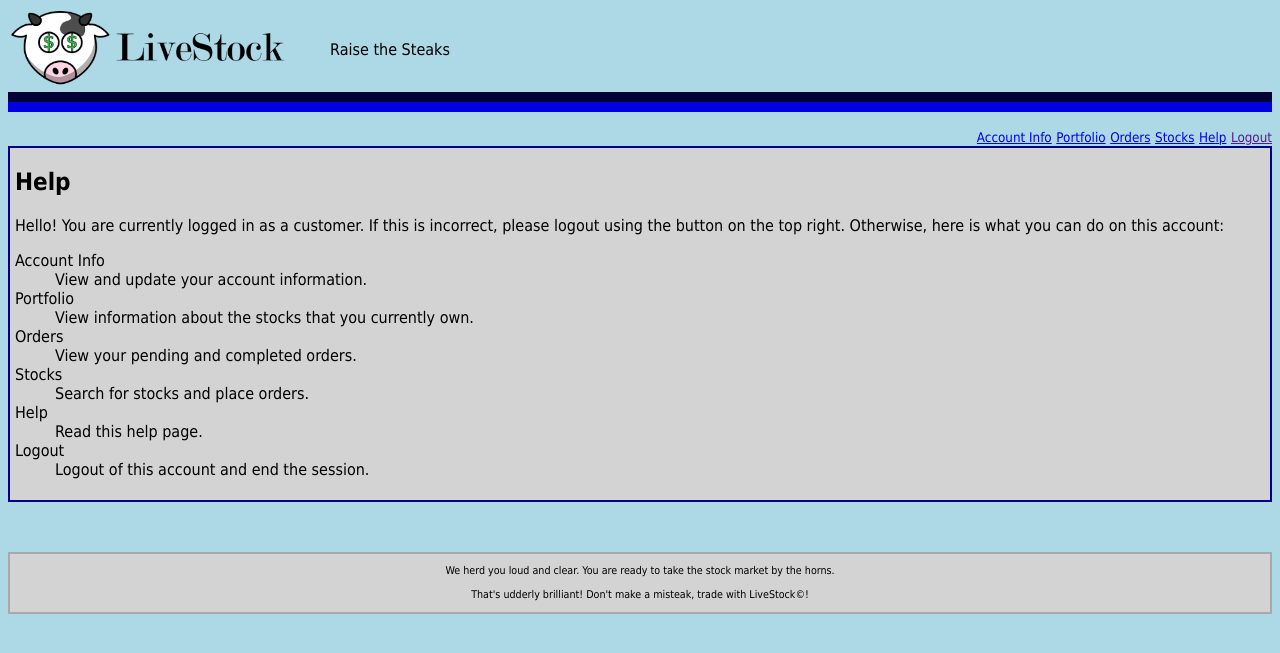
Repository: yastapova/live-stock
Page: http://localhost/LiveStockSite/WEB-INF/cust_help.jsp
These files come from the project's save history. The page is drawn as it stood at one moment and after the next save; the edit follows.
The browser window is 1280 px wide. The pictures show the whole page.
The page is served by Tomcat 9. Nobody is signed in. The template is opened directly, without the code that normally fills it, so the values that code supplies are empty.

Above is the page before, as saved 2016-04-19 21:07:46.

After the next save:
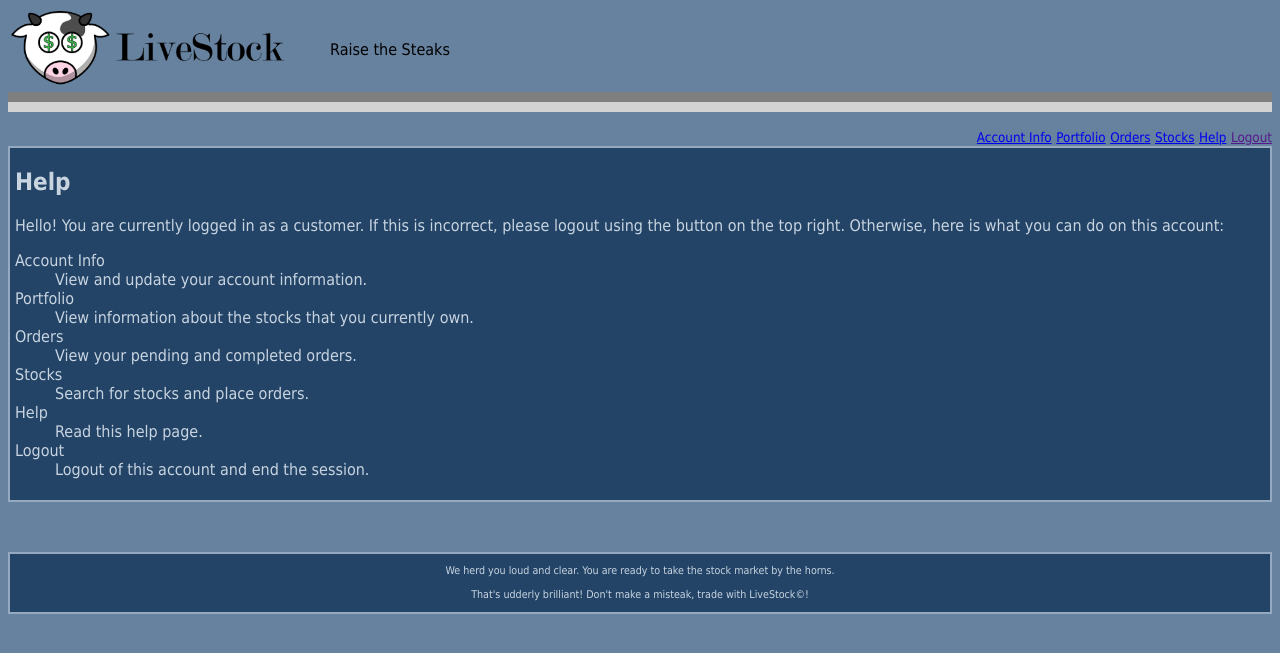
Saved 7 min 21 s later.
--- a/LiveStockSite/WebContent/WEB-INF/gen.css
+++ b/LiveStockSite/WebContent/WEB-INF/gen.css
@@ -1,8 +1,8 @@
 @CHARSET "ISO-8859-1";
 
 body {
-		background-color: lightblue;
-		font-family: Tahoma;
+	background-color: #67829F;
+	font-family: Tahoma;
 }
 .formlabel {
 	font-size: 10pt;
@@ -10,27 +10,29 @@ body {
 .header {
 	border-bottom-style: groove;
 	border-bottom-width: 20px;
-	border-bottom-color: darkblue;
+	border-bottom-color: lightgrey;
 	margin-bottom: 15px;
 }
 .body {
 	padding-left: 5px;
 	padding-right: 5px;
 	padding-bottom: 5px;
-	background-color: lightgrey;
+	background-color: #234467;
 	border-style: solid;
 	border-width: 2px;
-	border-color: darkblue;
+	border-color: #95AAC0;
+	color: #C8D4E0;
 }
 .footer {
 	text-align: center;
 	margin-top: 50px;
 	padding-left: 5px;
 	padding-right: 5px;
-	background-color: lightgrey;
+	background-color: #234467;
 	border-style: solid;
 	border-width: 2px;
-	border-color: darkgrey;
+	border-color: #95AAC0;
+	color: #C8D4E0;
 }
 .footer p {
 	font-size: 8pt;
